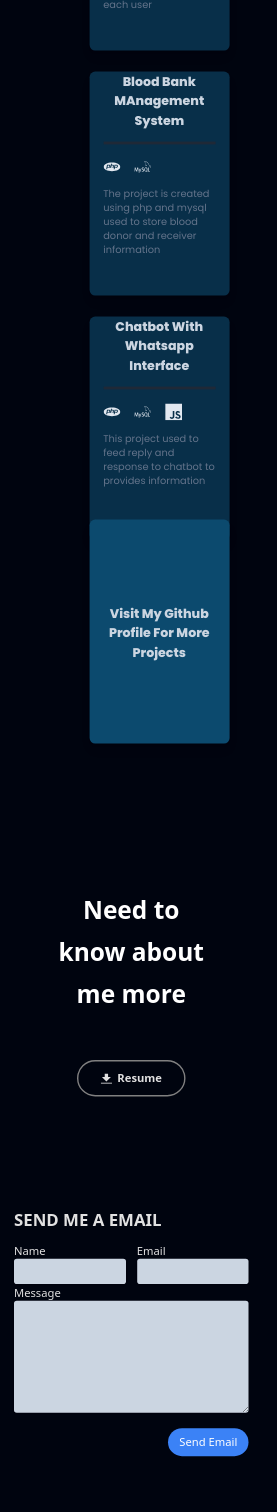
Repository: sibi24sibi/MyPersonalPortfolio
Page: /
These files come from the project's save history. The page is drawn as it stood at one moment and after the next save; the edit follows.
The browser window is 375 px wide. The page is 395 px wide, so the pictures cover 395 px, including what lies to the right of the window. The pictures show the part of the page from y = 3186 to 5426 px (the page is 5346 px tall before and 5426 px after), at 70% of full size.
The project was rebuilt for these pictures with package versions that can differ from the ones it lists, and the page was loaded fresh each time. Also part of the build but not shown: vite.config.js, src/components/Menu.jsx, src/components/Footer.jsx.

Above is the page before, as saved 2024-05-03 20:25:32.

### index.html
<!DOCTYPE html>
<html lang="en">

<head>
  <meta charset="UTF-8" />
  <link rel="icon" type="image/svg+xml" href="" />
  <meta name="viewport" content="width=device-width, initial-scale=1 , maximum-scale=1 ,user-scalable=no" />
  <title>
    Personal Portfolio
  </title>
</head>

<body className="darkMode">
  <div id="root" className="px-5 w-screen"></div>
  <script type="module" src="/src/main.jsx"></script>
</body>

</html>

### src/index.css
@import url('https://fonts.googleapis.com/css2?family=Poppins:wght@300;400;500;600;800&display=swap');
@tailwind base;
@tailwind components;
@tailwind utilities;

html {
    @apply overflow-x-hidden scroll-smooth
}

body {

    @apply dark:bg-[#00040f] bg-[#e2e2e2ab]
}

### src/App.jsx
import Navbar from "./components/Navbar";
import About from "./components/About";

import Education from "./components/Education";
import Projects from "./components/Projects";
import Skills from "./components/Skills";

import HashLoader from "react-spinners/HashLoader";
import CTA from "./components/CTA";
import MyEmailLayout from "./components/email";
import Footer from "./components/Footer";


import { useState, useEffect } from "react";

const override = {
  display: "flex",
  justifyContent: "center",
  alignItems: "center",
  marginTop: "5rem",
  borderColor: "red",
};

const App = () => {
  const [loading, setLoading] = useState(true);

  useEffect(() => {
    setLoading(true);
    setTimeout(() => {
      setLoading(false);
    }, 3000);
  }, []);
  return (
    <>
      {loading ? (
        <div className="flex h-screen w-screen justify-center items-center bg-[#00040f] ">
          <HashLoader
            color="#0891b2"
            loading={loading}
            cssOverride={override}
            size={90}
            aria-label="Loading Spinner"
            data-testid="loader"
          />
        </div>
      ) : (
        <div className=" flex flex-col justify-center items-center">
          <Navbar></Navbar>
          <About></About>
          <Skills></Skills>
          <Education></Education>
          <Projects></Projects>
          <CTA></CTA>
          <MyEmailLayout></MyEmailLayout>
          {/* <Footer></Footer> */}
        </div>
      )}
    </>
  );
};
export default App;

### src/components/Navbar.jsx
import { CgMenuRightAlt } from "react-icons/cg";
import { HiSun, HiMoon } from "react-icons/hi";
import { useState, useEffect } from "react";
import Menu from "./Menu";

const Navbar = () => {
  const [nav, setNav] = useState(false);

  const [theme, setTheme] = useState("light");

  useEffect(() => {
    if (theme === "dark") {
      document.documentElement.classList.remove("dark");
    } else {
      document.documentElement.classList.add("dark");
    }
  }, [theme]);

  const handleTheme = () => {
    setTheme(theme === "dark" ? "light" : "dark");
  };

  return (
    <>
      <section className="NAVBAR sticky top-0 backdrop-blur-[5px] z-10 pt-5  translate-x-[20px] min-w-full mt-5 font-['Poppins']  max-sm:p-2 max-sm:mx-1 max-sm:max-h-[48px] ">
        <div className="flex  justify-between capitalize md:ml-9 sm:ml-2">
          <div className="LOGO ">
            <a
              href="#"
              className="text-3xl bg-gradient-to-r from-blue-600 to-cyan-600 bg-clip-text text-transparent dark:text-cyan-500 max-sm:text-2xl"
            >
              {"Portfolio"}
            </a>
          </div>
          <div className="NAVLINKS min-w-full pr-9 text-[20px] translate-x-[-160px]  max-sm:hidden flex justify-end gap-12 text-[#00040f] dark:text-[#e1e1e1] ">
            <a href="#about" className=" hover:text-cyan-500">
              Home
            </a>
            <a href="#experience" className="hover:text-cyan-500">
              Experience
            </a>
            {/* <a href="#education" className="hover:text-cyan-500 ">
              Education
            </a> */}
            <a href="#projects" className="hover:text-cyan-500 ">
              Projects
            </a>
            <a href="#contact" className="hover:text-cyan-500 ">
              Contact
            </a>

            <button onClick={handleTheme}>
              {theme === "dark" ? (
                <HiMoon className="-translate-y-1 text-2xl" />
              ) : (
                <HiSun className="-translate-y-1 text-2xl" />
              )}
            </button>

            </div>
            </div>
          <button onClick={() => setNav(!nav)}>
            <CgMenuRightAlt className="hidden max-sm:block mr-5   absolute top-2  right-10 md:transform-none text-[#00040f] dark:text-[#e1e1e1] text-[32px]" />
          </button>


        {nav && <Menu />}

      </section>



    </>
  );
};
export default Navbar;

### src/components/About.jsx
import Lottie from "lottie-react";
import computer from "../assets/lottie/computer.json";

const About = () => {
  return (
    <>
      <section
        id="about"
        className="p-5 mx-2 mb-10 font-medium font-['Poppins'] max-w-6xl max-sm:p-2 max-sm:mx-5"
      >
        <div className="WRAPPER mt-12 flex justify-between max-sm:flex-col gap-35">
        <div className="INTRO text-[70px] leading-[80px] font-semibold max-sm:text-[40px] max-sm:leading-[70px] max-sm:font-semibold">
            <h3 className="text-[#00040f] dark:text-white">
              Hi, there! <br />I am
            </h3>
            <span className="bg-clip-text text-transparent bg-gradient-to-r  from-blue-600 to-cyan-600 dark:from-cyan-500 dark:to-slate-200">
             Sibi Chakraborthy.

            </span>

            <p className="ABOUT h-[100px] text-xl max-sm:text-[15px] bg-clip-text text-transparent  bg-gradient-to-r  from-[#00040f] to-slate-500 dark:from-slate-500 dark:to-slate-200 max-w-[470px] mt-5 pl-1">
            Design is not just what it looks like and feels like. Design is how it works.
            </p>
          </div>
        <div className="div">
          <Lottie
            animationData={computer}
            loop={true}
            className="max-w-[650px] "
          />
          </div>
        </div>
      </section>
    </>
  );
};
export default About;

### src/components/Education.jsx
import Lottie from "lottie-react";
import education from "../assets/lottie/education.json";
import SAEC from "../assets/SAEC.png";
import AOS from "aos";

import { useEffect } from "react";

const Education = () => {
  useEffect(() => {
    AOS.init();
  }, []);
  return (
    <section
      id="education"
      className="EXPERIENCE max-w-6xl p-5 mx-20 mb-25 font-['Poppins']  max-sm:p-2 max-sm:mx-5"
    >
      <div className="WRAPPER mt-10">
        <h1 className="text-[#00040f] dark:text-slate-300 text-center font-extrabold text-5xl mb-5 max-sm:text-4xl   ">
          Education
        </h1>

        <div
          className="EDUCATION flex gap-7 justify-between flex-row-reverse max-sm:flex-col"
          data-aos="fade-right"
        >
          <div className="max-w-[520px] mt-[52px] p-7 max-sm:p-3">
            <div className="flex gap-5">
              <img
                src={SAEC}
                alt="SAEC"
                className="w-[150px] h-[100px]"
              />
              <h1 className="bg-clip-text text-transparent bg-gradient-to-r max-sm:text-[17px] from-amber-500 via-orange-600 to-yellow-500 dark:from-[#ff6600] dark:to-slate-100 font-semibold text-2xl w-[300px] h-[100px] tracking-wider ">
                Syed Ammal engineering college
              </h1>
            </div>

            <div className="mt-7 flex flex-col gap-5 text-left pl-4">
              <h3 className="capitalize  text-slate-800 dark:text-slate-300 text-xl max-sm:text-lg">
                Bachelor of technology
              </h3>
              <p className="italic capitalize text-gray-500 dark:text-slate-500 text-xl max-sm:text-lg leading-9">
                November 2020 - May 2024
              </p>

              <p className="capitalize text-gray-500 dark:text-slate-500 text-xl max-sm:text-lg leading-9">
                Computer Science and Engineering
              </p>
            </div>
          </div>
          <Lottie
            animationData={education}
            loop={true}
            className="max-w-[500px]"
          />
        </div>
      </div>
    </section>
  );
};
export default Education;

### src/components/Projects.jsx
import Project_prop from "./Project_prop";
import {
  GPT4,
  Portfolio,
  Rocket,
  WellBeing,
  Game,
} from "../constants/Constant";
import Tooltip from "@mui/material/Tooltip";
import IconButton from "@mui/material/IconButton";
import AOS from "aos";
import "aos/dist/aos.css";
import { useEffect } from "react";
import {
  SiReact,
  SiTailwindcss,
  SiVite,
  SiHtml5,
  SiCss3,
  SiJavascript,
  SiLaravel,
  SiBootstrap,
  SiPhp,
  SiWordpress,
  SiMysql,
} from "react-icons/si";

const Projects = () => {
  useEffect(() => {
    AOS.init();
  }, []);
  return (

<>

<section
      id="projects"
      className="EXPERIENCE p-5 mx-5 min-h-screen font-['Poppins']   max-sm:p-2 max-sm:mx-5"
    >
<h1 className="text-[#00040f] dark:text-slate-300 text-center font-extrabold text-5xl mb-24  max-sm:text-4xl  ">
          Projects
</h1>
<div className="container flex justify-center flex-col md:flex-row">


<Project_prop
            title="Personal Portfolio Website"
            para="Personal portfolio website created with react and Tailwind CSS"
            img={Portfolio}
            link=""
            github_link=""
            react={
              <Tooltip title="React" arrow>
                <IconButton>
                  <SiReact className="dark:text-slate-200 text-black" />
                </IconButton>
              </Tooltip>
            }
            tailwindcss={
              <Tooltip title="TailWind CSS" arrow>
                <IconButton>
                  <SiTailwindcss className=" dark:text-slate-200 text-black" />
                </IconButton>
              </Tooltip>
            }
            vite={
              <Tooltip title="Vite" arrow>
                <IconButton>
                  <SiVite className=" dark:text-slate-200 text-black" />
                </IconButton>
              </Tooltip>
            }


  />
<Project_prop
            title="Binary to decimal convertor"
            para="This is reactjs project that convert binary numbers to decimal"
            img={Portfolio}
            link=""
            github_link=""
            react={
              <Tooltip title="React" arrow>
                <IconButton>
                  <SiReact className="dark:text-slate-200 text-black" />
                </IconButton>
              </Tooltip>
            }
            css3={
              <Tooltip title="React" arrow>
                <IconButton>
                  <SiCss3 className="dark:text-slate-200 text-black" />
                </IconButton>
              </Tooltip>
            }
  />


<Project_prop
            title="TODO List using Laravel"
            para="I have used laravel framework with authencation and make todo list for each user"
            img={Portfolio}
            link=""
            github_link=""
            laravel={
              <Tooltip title="Laravel" arrow>
                <IconButton>
                  <SiLaravel className=" dark:text-slate-200 text-black" />
                </IconButton>
              </Tooltip>
            }
            bootstrap={
              <Tooltip title="Bootstrap" arrow>
                <IconButton>
                  <SiBootstrap className=" dark:text-slate-200 text-black" />
                </IconButton>
              </Tooltip>
            }

  />
  <Project_prop
            title="Blood Bank MAnagement System"
            para="The project is created using php and mysql used to store blood donor and receiver information"
            img={Portfolio}
            link=""
            github_link=""
            php={
              <Tooltip title="PHP" arrow>
                <IconButton>
                  <SiPhp className=" dark:text-slate-200 text-black" />
                </IconButton>
              </Tooltip>
            }
            mysql={
              <Tooltip title="Mysql" arrow>
                <IconButton>
                  <SiMysql className=" dark:text-slate-200 text-black" />
                </IconButton>
              </Tooltip>
            }

  />
  <Project_prop
            title="Chatbot with Whatsapp interface"
            para="This project used to feed reply and response to chatbot to provides information"
            img={Portfolio}
            link=""
            github_link=""
            php={
              <Tooltip title="PHP" arrow>
                <IconButton>
                  <SiPhp className=" dark:text-slate-200 text-black" />
                </IconButton>
              </Tooltip>
            }
            mysql={
              <Tooltip title="Mysql" arrow>
                <IconButton>
                  <SiMysql className=" dark:text-slate-200 text-black" />
                </IconButton>
              </Tooltip>
            }
            javascript={
              <Tooltip title="JavaScript" arrow>
                <IconButton>
                  <SiJavascript className=" dark:text-slate-200 text-black" />
                </IconButton>
              </Tooltip>
            }
  />
  <div className="card flex bg-blue-200 dark:bg-sky-900 rounded-lg shadow-lg items-center justify-center ">
        <h3
        className=" title capitalize font-bold h-20 text-slate-800 dark:text-slate-300 text-xl max-sm:text-lg m-5 text-center "
        >
          Visit my Github Profile for more projects
        </h3>

  </div>

  </div>
</section>

</>



  );
};
export default Projects;

### src/components/Skills.jsx
import {
  HTML,
  CSS,
  Github,
  Git,
  Vite,
  TailwindCSS,
  react,
  Python,
  Javascript,
  CPP,
  C,
  Vue,
  nodejs
} from "../constants/Constant";

import AOS from "aos";
import "aos/dist/aos.css";
import { useEffect } from "react";
import Image from "./Img_prop";

const Skills = () => {
  useEffect(() => {
    AOS.init();
  }, []);
  return (
    <>
      <section className="EXPERIENCE p-5  mb-10 max-w-6xl  font-['Poppins']  max-sm:p-2 max-sm:mx-5">
        <div>
        <h1 className="text-[#00040f] dark:text-slate-300 font-extrabold text-5xl text-center max-sm:text-4xl ">
          SKILLS
        </h1>
        </div>
        <div
          className=" grid place-content-start  grid-cols-3 gap-4 max-sm:p-2 mt-10"
          data-aos="zoom-out-up"
        >
          <Image img={HTML}></Image>
          <Image img={CSS}></Image>
          <Image img={Javascript}></Image>
          <Image img={react}></Image>
          <Image img={TailwindCSS}></Image>
          {/* <Image img={Vue}></Image>
          <Image img={CPP}></Image>
          <Image img={C}></Image> */}
          <Image img={Python}></Image>
          {/* <Image img={Vite}></Image> */}
          <Image img={Git}></Image>
          <Image img={Github}></Image>
          <Image img={nodejs}></Image>
        </div>
      </section>
    </>
  );
};
export default Skills;

### src/components/CTA.jsx
function CTA() {
  const resumeLink = "/Sibi-Chakraborthy-V.pdf";
  return (
    <div id="resume" className="pt-36 max-w-6xl resume relative w-full flex justify-center ">

      <div className="pt-14 mx-20 pb-40">
        <h2 className="text-4xl md:text-5xl max-sm:text-[35px] max-sm:leading-[60px] font-bold mb-10 text-[#00040f] dark:text-white text-center">
          Need to know about me more
        </h2>
        <div className="flex justify-center ">
        <a
          href={resumeLink}
          className="cursor-pointer font-bold whitespace-nowrap
        mt-6 px-8 py-3 dark:text-[#e1e1e1] border-2 rounded-full border-[#808080]  bg-bg hover:bg-fun-pink hover:border-fun-pink transition-colors inline-flex items-center"
        >
          <svg class="fill-current w-4 h-4 mr-2" xmlns="http://www.w3.org/2000/svg" viewBox="0 0 20 20"><path d="M13 8V2H7v6H2l8 8 8-8h-5zM0 18h20v2H0v-2z"/></svg>
          <span>Resume</span>

        </a>

        </div>
      </div>


    </div>
  );
}

export default CTA;

### src/components/email.jsx
import React, { useRef, useEffect } from "react";
import emailjs from '@emailjs/browser';



const MyEmailLayout = () => {
  const form = useRef();

  useEffect(() => {
    // Initialize emailjs
    emailjs.init('-fw29uVaf1UZJqOVT');
  }, []);

  const sendEmail = (e) => {
    e.preventDefault();

    emailjs

      .sendForm('service_hgvjibu', 'template_f9rmzk9', form.current)
      .then(
        () => {
          alert('Email sent successfully!');
        },
        (error) => {
          alert('Failed to send email. Please try again later.');
          console.error('Email Error:', error);
        }
      );
  };

  return (
    <div   className="mb-20 max-w-6xl" id="contact">

      <div className=" mx-10 max-sm:mx-5 ">
      <div className="div">
      <h1 className="text-2xl dark:text-[#e1e1e1] font-bold mb-4 ">SEND ME A EMAIL</h1>
      </div>
      <form ref={form} onSubmit={sendEmail}>
        <div className="grid  grid-cols-2 gap-4 flex justify-center">
          <div>
            <label htmlFor="name" className="dark:text-[#e1e1e1]">Name</label>
            <input
              type="text"
              id="name"
              name="user_name"
              className="px-3 py-2 placeholder-gray-400 text-gray-600 relative dark:bg-slate-300 bg-stone-300 rounded text-sm border-0 shadow outline-none focus:outline-none focus:ring  w-full"
            />
          </div>
          <div>
            <label htmlFor="email" className="dark:text-[#e1e1e1]">Email</label>
            <input
              type="email"
              id="email"
              name="user_email"
              className="px-3 py-2 placeholder-gray-400 text-gray-600 relative dark:bg-slate-300 bg-stone-300 rounded text-sm border-0 shadow outline-none focus:outline-none focus:ring w-full"
            />
          </div>
        </div>
        <label htmlFor="message" className="dark:text-[#e1e1e1]">Message</label>
        <textarea
          placeholder=""
          name="message"
          className="px-3 py-2 placeholder-gray-400 text-gray-600 relative dark:bg-slate-300 bg-stone-300 rounded text-sm border-0 shadow outline-none focus:outline-none focus:ring h-40 w-full "
        ></textarea>
        <button
          type="submit"
          className="bg-blue-500 rounded-full text-white px-4 py-2 mt-4 float-right"
          value="Send"
        >
          Send Email
        </button>
      </form>
      </div>
    </div>
  );
};

export default MyEmailLayout;

### src/components/Project_prop.jsx
/* eslint-disable react/prop-types */

import "./proj_style.css";


const Project_prop = (props) => {
  return (
    <>


    <div className="proj-area ">
      <div className="card bg-blue-100 dark:bg-sky-950 rounded-lg shadow-lg aspect-w-16 aspect-h-9 ">
        <h3
        className="title capitalize font-bold h-20 text-slate-800 dark:text-slate-300 text-xl max-sm:text-lg m-5 text-center"
        >
          {props.title}
        </h3>
            <div className="bar h-1 min-w-40 dark:bg-gray-800  bg-slate-600  mx-5"></div>
        <div className="flex gap-1 ml-3 mt-3 ">
                {props.react}
                {props.vite}
                {props.html5}
                {props.css3}
                {props.php}
                {props.mysql}
                {props.javascript}
                {props.tailwindcss}
                {props.laravel}
                {props.bootstrap}
                {props.wordpress}

        </div>
        <p className="dark:text-slate-500 mt-2 text-sm px-5  select-none">
          {props.para}
        </p>
      </div>
    </div>



    </>
  );
};
export default Project_prop;

### src/constants/Constant.jsx
import C from "../assets/C.png";
import CPP from "../assets/CPP.png";
import HTML from "../assets/HTML.png";
import Github from "../assets/Github.png";
import CSS from "../assets/CSS.png";
import Python from "../assets/Python.png";
import Javascript from "../assets/Javascript.png";
import Git from "../assets/Git.png";
import Vite from "../assets/Vite.png";
import TailwindCSS from "../assets/TailwindCSS.png";
import react from "../assets/react.png";
import Vue from "../assets/vue.png";
import nodejs from "../assets/nodejs.png";

import Hackthechain from "../assets/HackTheChainLogo.png";
import GSSOC from "../assets/GSSoc.jpg";
import IITB from "../assets/IITB.png";
import Sports from "../assets/Sports_Club.png";
import IIITians from "../assets/IIITians_Network.png";
import GDSC from "../assets/GDSC.png";
import KDE from "../assets/kde.png";
import Oppia from "../assets/oppia.png";

import GPT4 from "../assets/gpt4.jpg";
import Portfolio from "../assets/portfolio.jpg";
import Rocket from "../assets/Rocket.jpg";
import Game from "../assets/Stone.jpg";
import WellBeing from "../assets/well-being.jpg";

export {
  C,
  CPP,
  HTML,
  CSS,
  Github,
  Git,
  Vite,
  TailwindCSS,
  react ,
  Python,
  Javascript,
  Vue,
  Hackthechain,
  GSSOC,
  IITB,
  Sports,
  IIITians,
  GPT4,
  Portfolio,
  Rocket,
  WellBeing,
  Game,
  GDSC,
  KDE,
  nodejs,
  Oppia,
};

### src/components/Img_prop.jsx
const Img_prop = ({ img }) => {
  return (
    <>
      <div className="mr-60 w-[100px] max-sm:w-[75px] h-[100px] max-sm:h-[75px] shadow-xl shadow-slate-300 dark:shadow-lg dark:shadow-blue-500/50 bg-gradient-to-bl from-[#ccc] to-[#eee] dark:from-[#051937] dark:to-[#222] rounded-full place-content-center grid translate-x-[100px] max-sm:translate-x-1">
        <img src={img} alt="html" className="max-sm:h-[45px] h-[55px] " />
      </div>
    </>
  );
};
export default Img_prop;

### src/components/proj_style.css



  .card {
    position: relative;
    left: 0px;
    width: 200px;
    height: fit-content;
    min-height: 320px;
    padding-bottom: 10px;
  }

  .card:not(:first-child) {
      margin-left: -50px;
  }

  .card:hover {
    transform: translateY(-20px);
    transition: 0.4s ease-out;
  }

  .card:hover ~ .card {
    position: relative;
    left: 50px;
    transition: 0.4s ease-out;
  }

@media only screen and (max-width: 600px) {

  .card {
    position:relative;
    left:40px;
    padding-bottom:unset;
    top: 10px;
    margin:10px;
    padding-bottom:unset;
  }
  .card:hover {
    transform:unset ;
    transition:unset;
    margin-left:unset;
  }
  .card:not(:first-child) {
    margin-left:auto;
    margin-top: -40px;
  }
  .card:hover ~ .card {
    position:unset;
    left:unset;
    transition:unset;
  }
}

Loaded but not shown: src/main.jsx (common file); src/assets/lottie/computer.json (common file); src/assets/lottie/Education.json (common file); tailwind.config.js (common file)

After the next save:
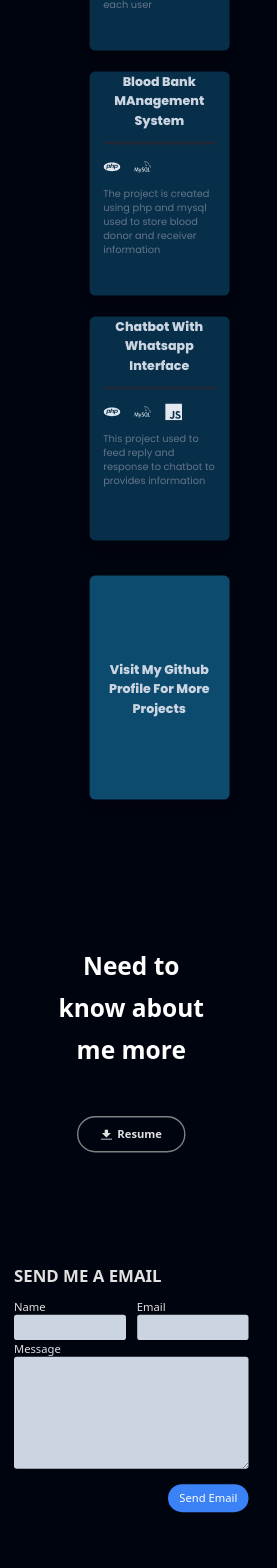
Saved 46 s later.
--- a/src/components/proj_style.css
+++ b/src/components/proj_style.css
@@ -42,7 +42,7 @@
   }
   .card:not(:first-child) {
     margin-left:auto;
-    margin-top: -40px;
+    margin-top: 40px;
   }
   .card:hover ~ .card {
     position:unset;
